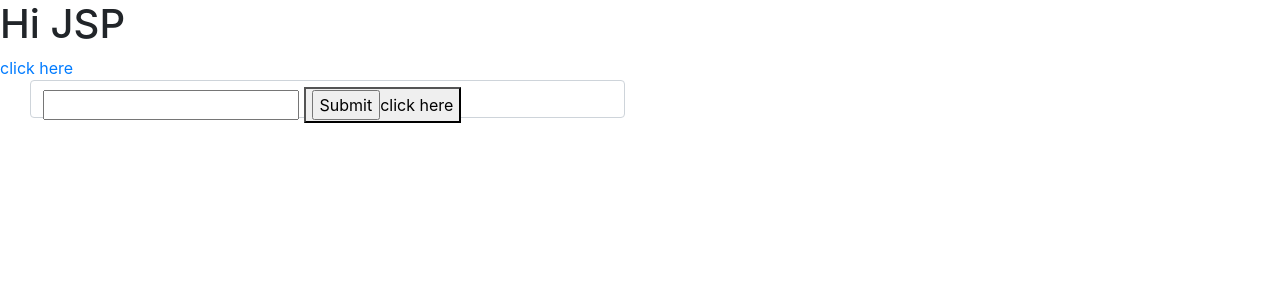
Repository: prashantkumarbind/Hospital-Weather-Concept
Page: http://localhost/weather-app/
An editor plug-in stored every save of this project. The page is shown before and after the next save, followed by the edit.
The browser window is 1280 px wide. The pictures show the whole page.
The page is served by Tomcat 9. Other server files are loaded and not shown.

Above is the page before, as saved 2024-01-19 03:51:44.

### weather-app/src/main/webapp/index.jsp
<%@ page language="java" contentType="text/html; charset=ISO-8859-1"
    pageEncoding="ISO-8859-1"%>
<!DOCTYPE html>
<html>
<head>
<meta charset="ISO-8859-1">
<meta charset="utf-8">
<meta name="viewport" content="width=device-width, initial-scale=1, shrink-to-fit=no">
<link rel="stylesheet" href="https://cdn.jsdelivr.net/npm/bootstrap@4.6.2/dist/css/bootstrap.min.css"
>
<title>weather app</title>
</head>
<body>
		<h1>Hi JSP</h1>
		<a href="index.html">click here</a>
		<section class="form-top-header header-top">
			<div class="container-fluid">
				<div class="row-lg justify-content-center">
					<div class="col-6 form controller">
						<form action="FormDataController" method="Post">
							 <div class="form-control">
							 	<input type="text" name="city_name" class="">
							 	<button clas="btn btn-success"><input type="submit" name="submit">click here</button>
							 </div>
						</form>
					</div>
				</div>
			</div>
		</section>
 <!-- <script src="https://cdn.jsdelivr.net/npm/jquery@3.5.1/dist/jquery.slim.min.js"></script>
 <script src="https://cdn.jsdelivr.net/npm/bootstrap@4.6.2/dist/js/bootstrap.bundle.min.js"></script>
 -->
</body>
</html>

After the next save:
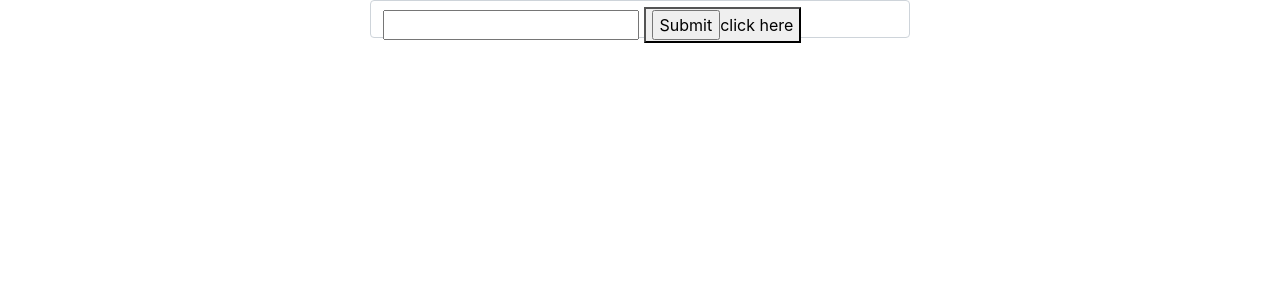
Saved 105 s later.
--- a/weather-app/src/main/webapp/index.jsp
+++ b/weather-app/src/main/webapp/index.jsp
@@ -11,11 +11,10 @@
 <title>weather app</title>
 </head>
 <body>
-		<h1>Hi JSP</h1>
-		<a href="index.html">click here</a>
+
 		<section class="form-top-header header-top">
-			<div class="container-fluid">
-				<div class="row-lg justify-content-center">
+			<div class="container">
+				<div class="row justify-content-center">
 					<div class="col-6 form controller">
 						<form action="FormDataController" method="Post">
 							 <div class="form-control">
